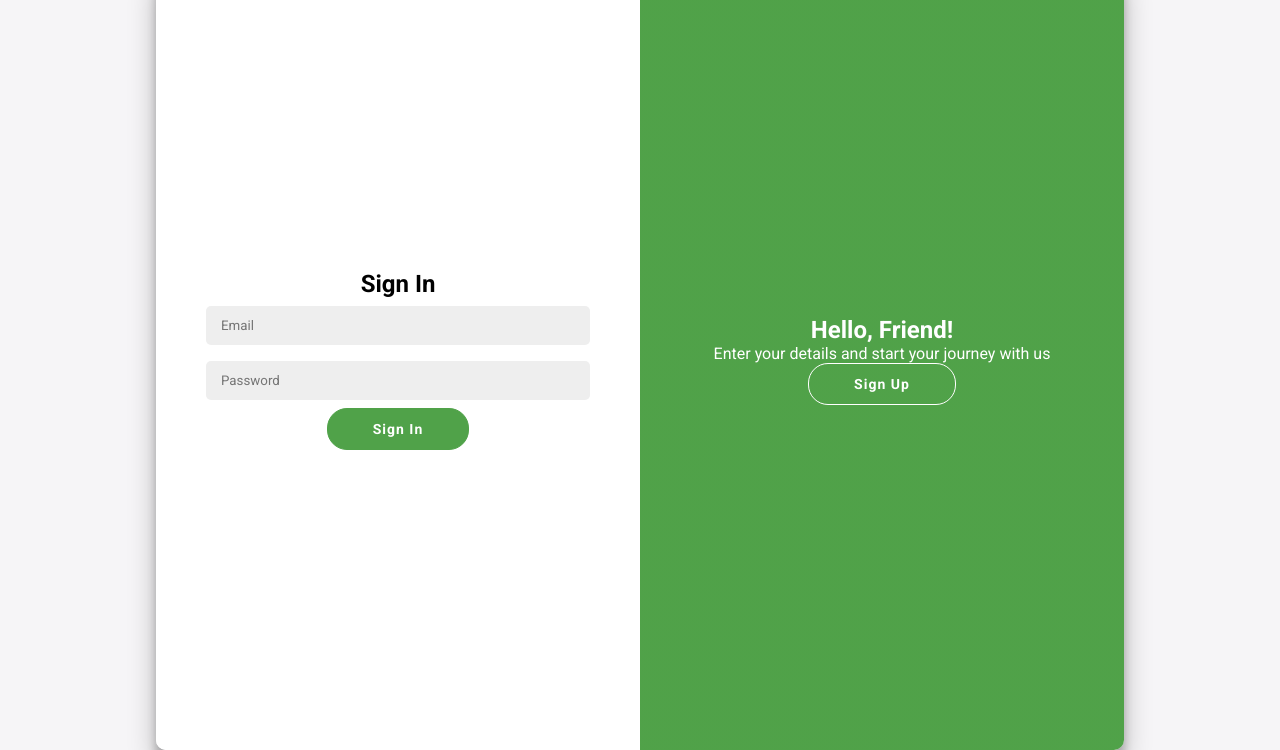
Repository: LatikaAdhikari064/Tuition_Website
Page: website_new/content/signin.html
The author's editor kept a copy of each file at every save. The page is drawn from the files as they stood at one save, then again after the next save.
The browser window is 1280 px wide. The pictures show the whole page.

Above is the page before, as saved 2025-10-08 10:56:29.

After the next save:
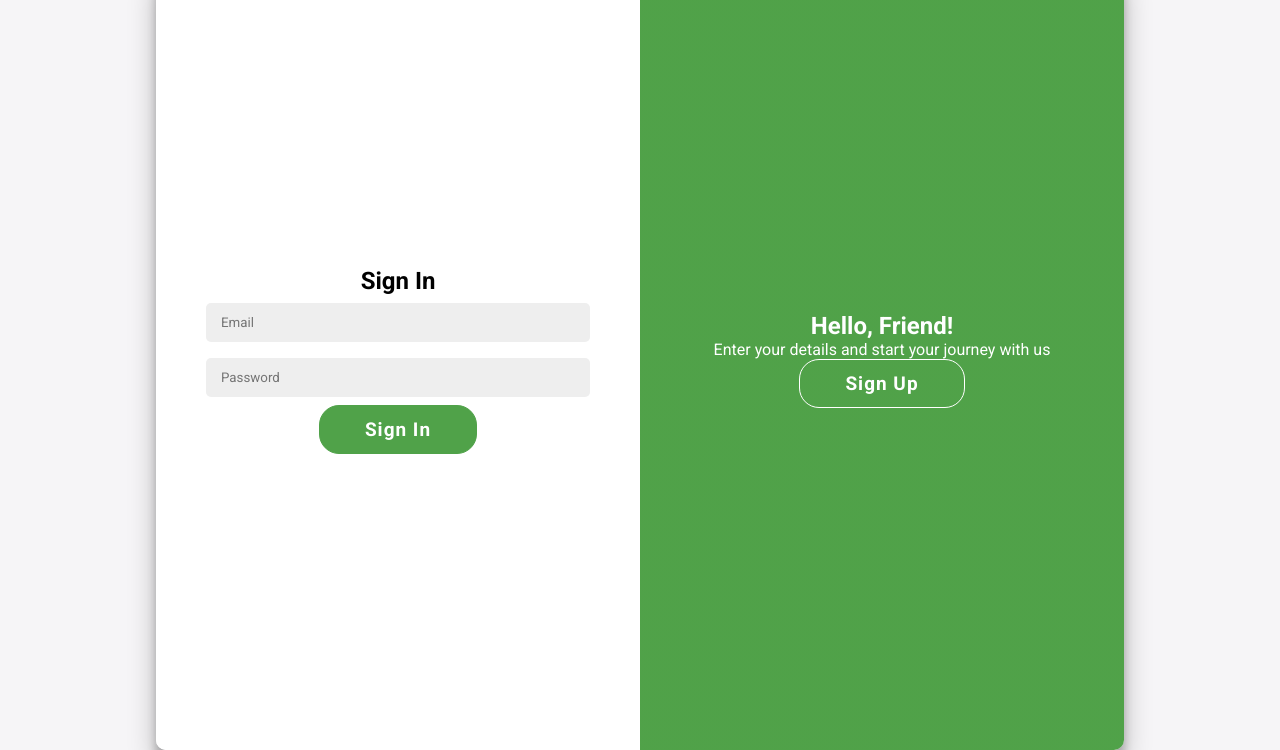
Saved 26 s later.
--- a/website_new/content/signin.css
+++ b/website_new/content/signin.css
@@ -72,7 +72,7 @@ button {
     border: 1px solid hsl(115, 38%, 46%);
     background-color: hsl(115, 38%, 46%);
     color: #fff;
-    font-size: 14px;
+    font-size: 19px;
     font-weight: bold;
     padding: 12px 45px;
     letter-spacing: 1px;
